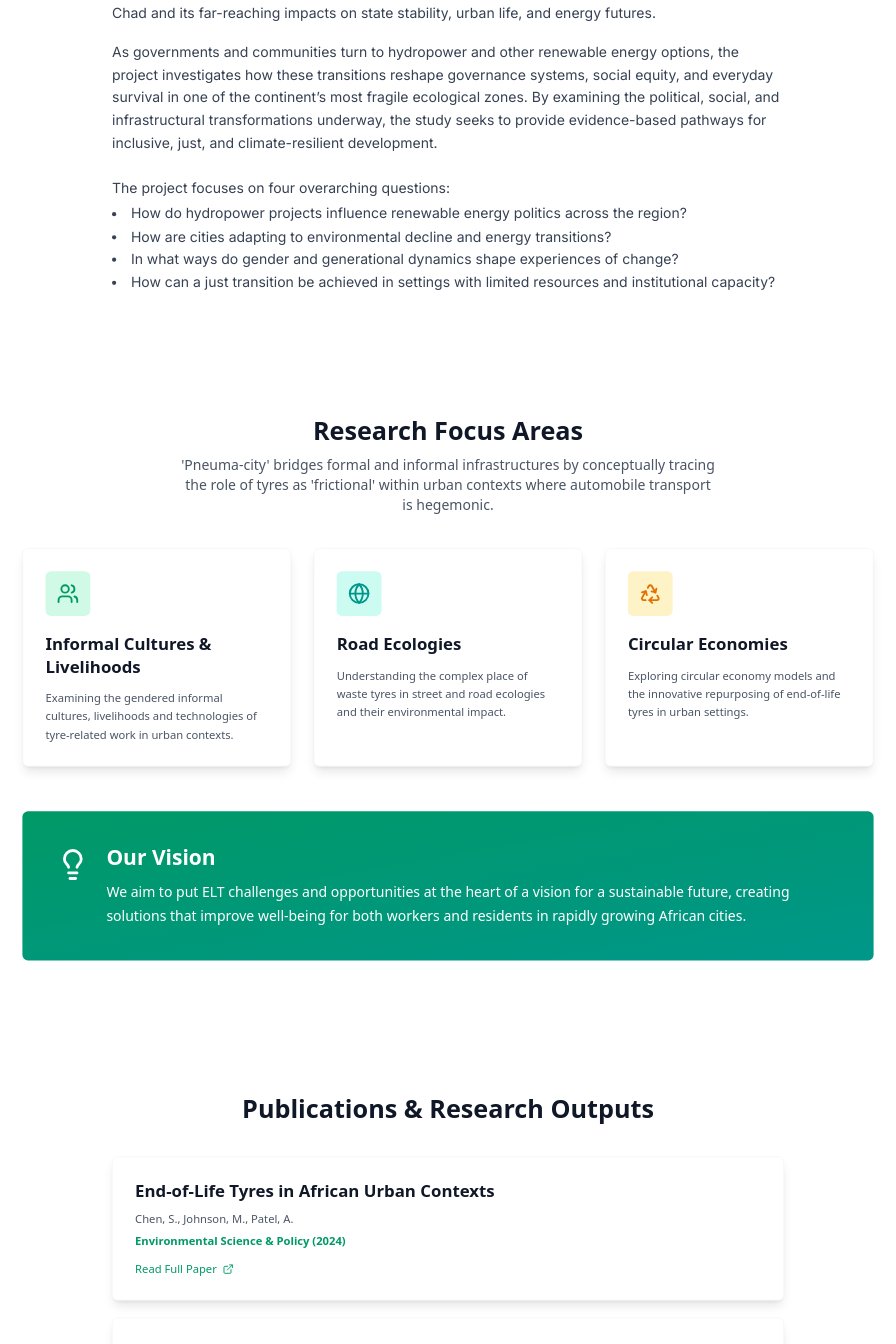
Repository: tiossdav/codesria
Page: /
The author's editor kept a copy of each file at every save. The page is drawn from the files as they stood at one save, then again after the next save.
The browser window is 1280 px wide. The pictures show the part of the page from y = 1040 to 2960 px (the page is 5274 px tall), at 70% of full size.
The project was rebuilt for these pictures with package versions that can differ from the ones it lists, and the page was loaded fresh each time. Also part of the build but not shown: vite.config.ts.

Above is the page before, as saved 2025-11-19 19:10:16.

After the next save:
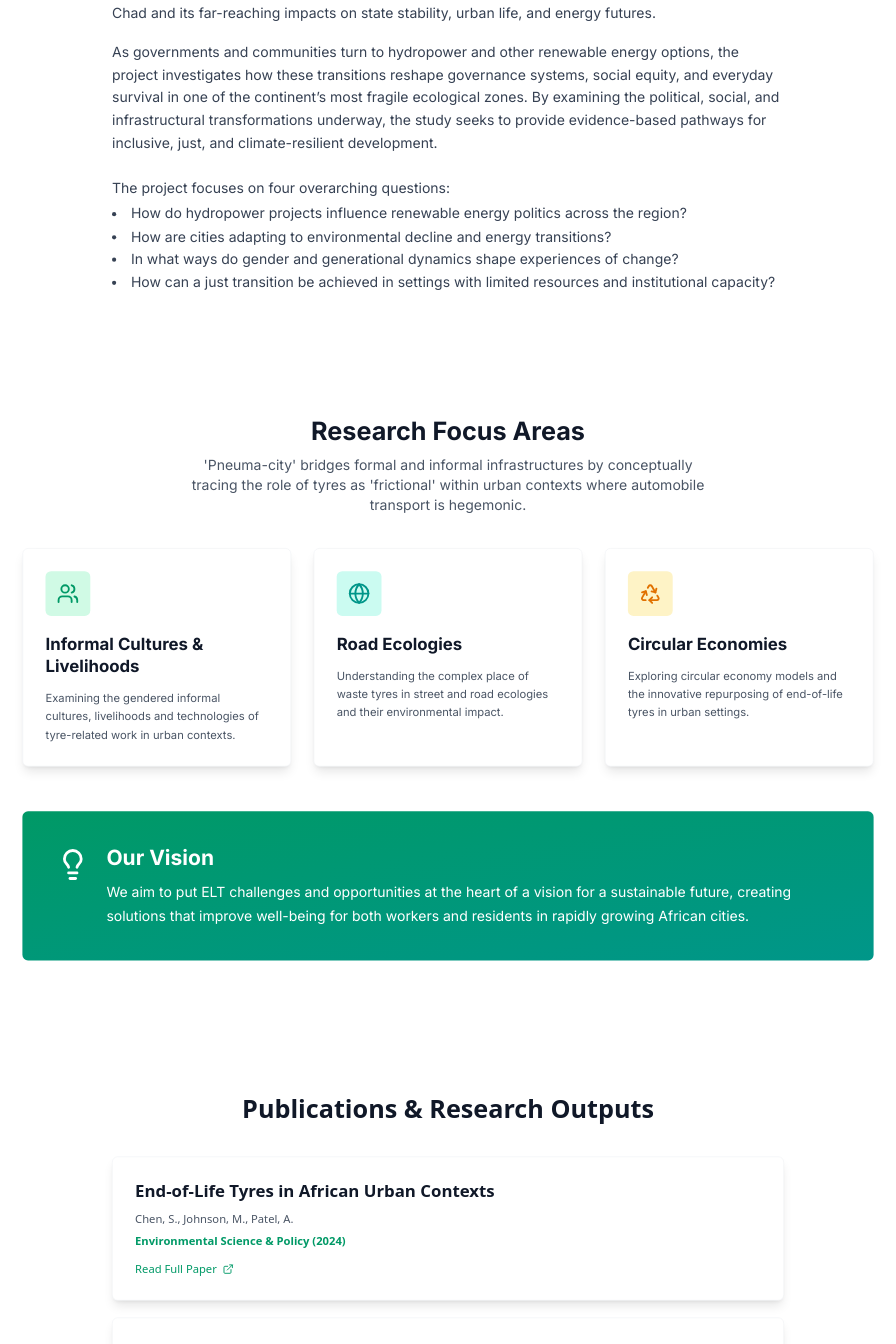
Saved 28 s later.
--- a/src/pages/Research.tsx
+++ b/src/pages/Research.tsx
@@ -2,7 +2,7 @@ import { Globe, Lightbulb, Recycle, Users } from "lucide-react";
 
 function Research() {
   return (
-    <div className="max-w-7xl mx-auto mt-8 px-4 sm:px-6 lg:px-8 py-20">
+    <div className="max-w-7xl mx-auto mt-8 px-4 sm:px-6 lg:px-8 py-20 font-inter">
       <h2 className="text-4xl font-bold text-gray-900 mb-4 text-center">
         Research Focus Areas
       </h2>
